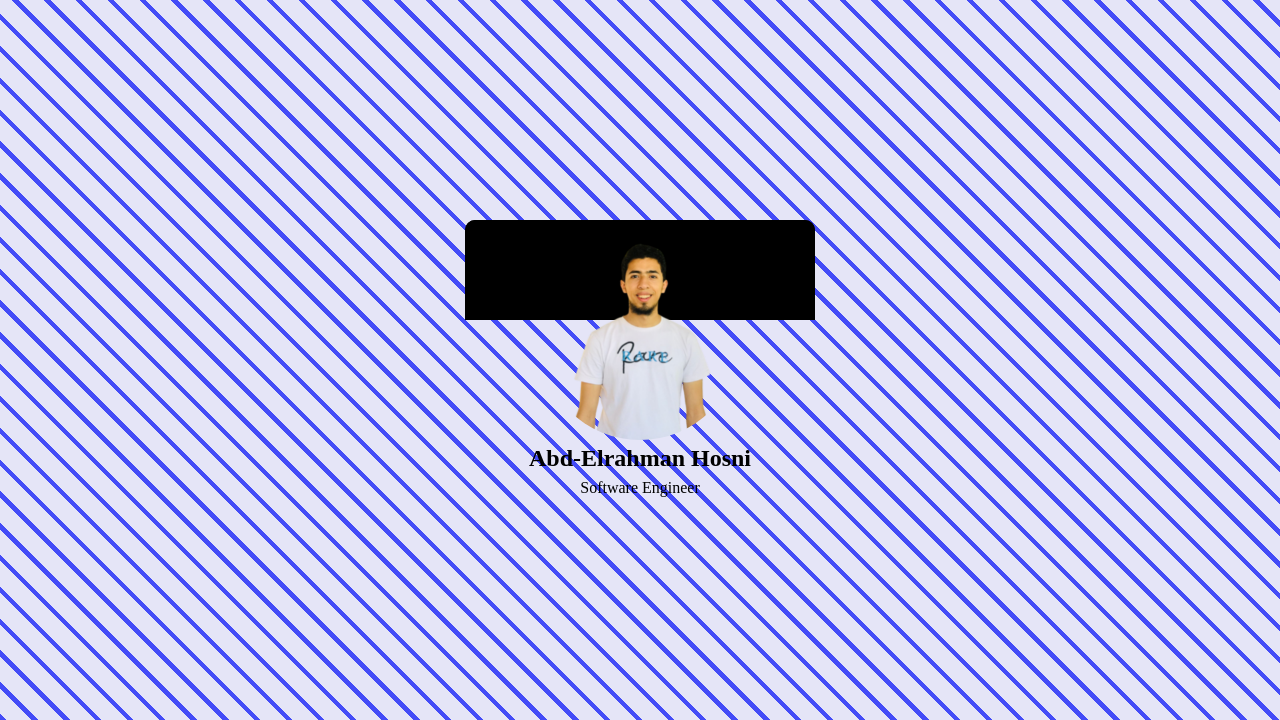
Repository: Abdo-Hosni123/Html-and-css-projects
Page: index.html
The author's editor kept a copy of each file at every save. The page is drawn from the files as they stood at one save, then again after the next save.
The browser window is 1280 px wide. The pictures show the whole page.

Above is the page before, as saved 2023-12-05 22:12:02.

After the next save:
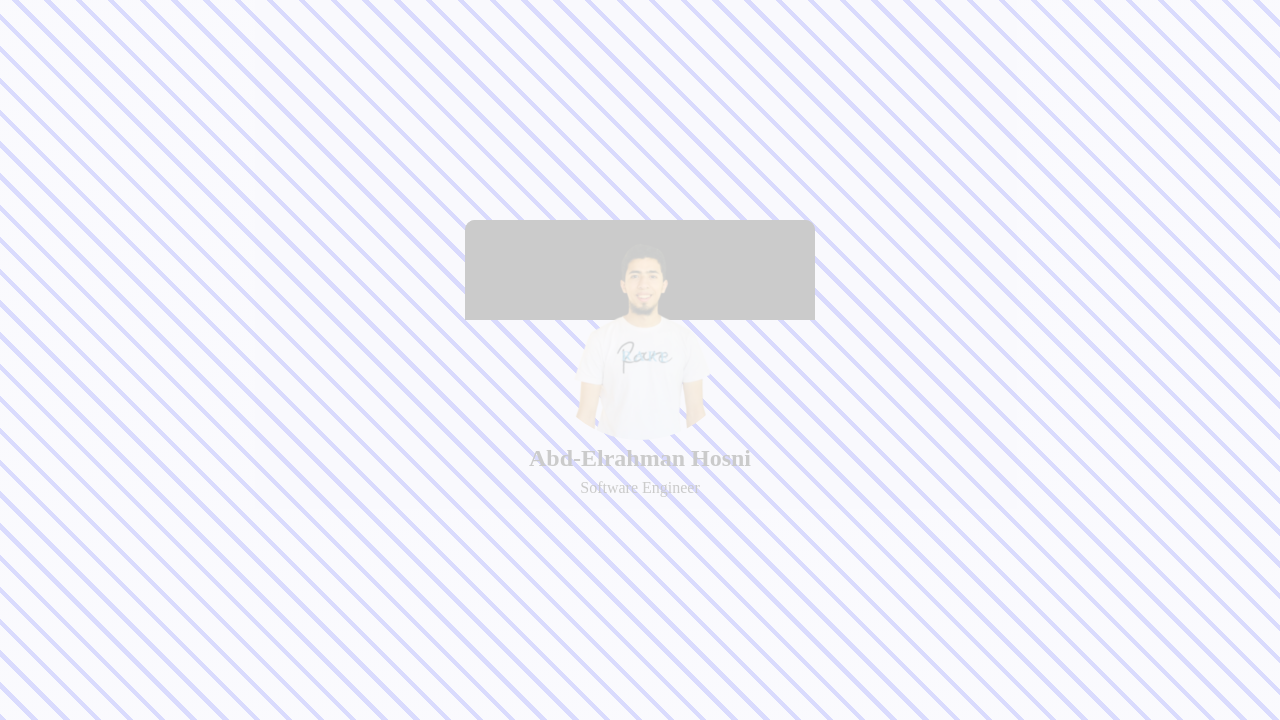
Saved 56 s later.
--- a/Style.css
+++ b/Style.css
@@ -31,6 +31,7 @@
     align-items: center;
     justify-content: center;
     min-height: 100vh;
+    opacity: .2;
     background-color: #e5e5f7;
     background: repeating-linear-gradient( 45deg, #444cf7, #444cf7 4.5px, #e5e5f7 4.5px, #e5e5f7 22.5px );
 

After the 2 saves that followed:
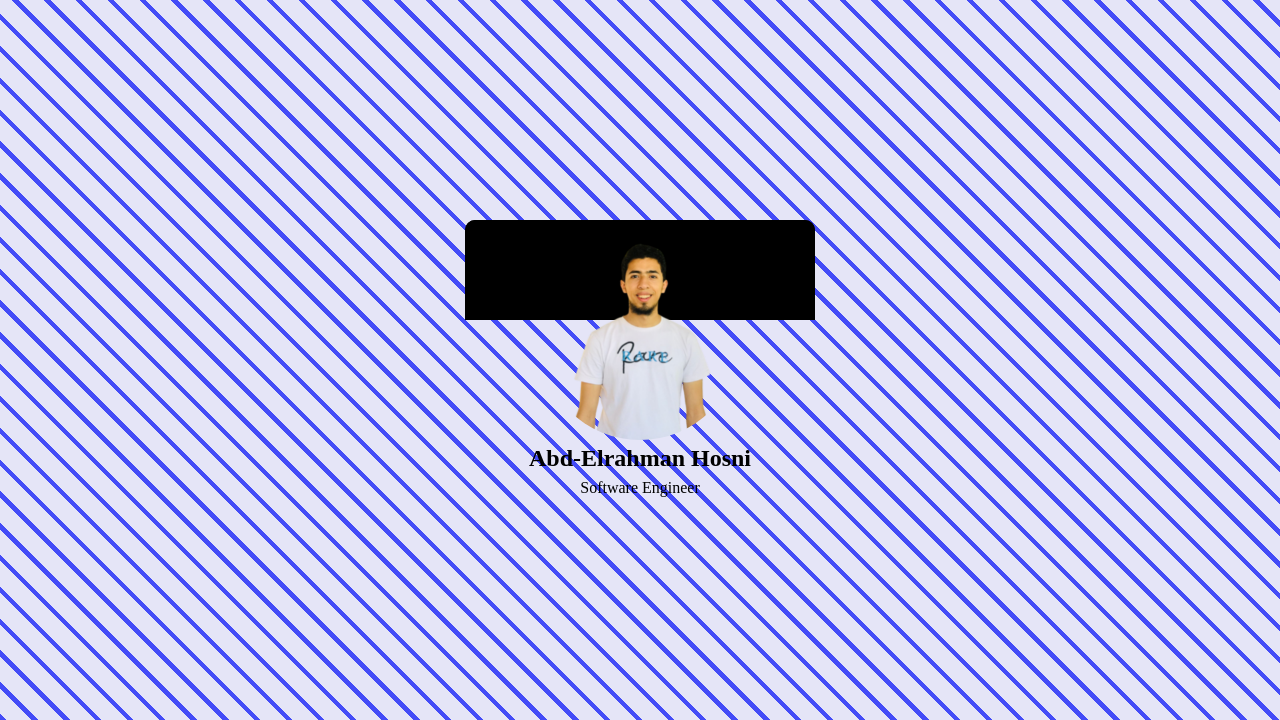
The 2 saves are shown as one change because 1 left the picture as it was.
The last was saved 28 s later.
--- a/Style.css
+++ b/Style.css
@@ -31,10 +31,8 @@
     align-items: center;
     justify-content: center;
     min-height: 100vh;
-    opacity: .2;
     background-color: #e5e5f7;
     background: repeating-linear-gradient( 45deg, #444cf7, #444cf7 4.5px, #e5e5f7 4.5px, #e5e5f7 22.5px );
-
 }
 .card {
     display: flex;
